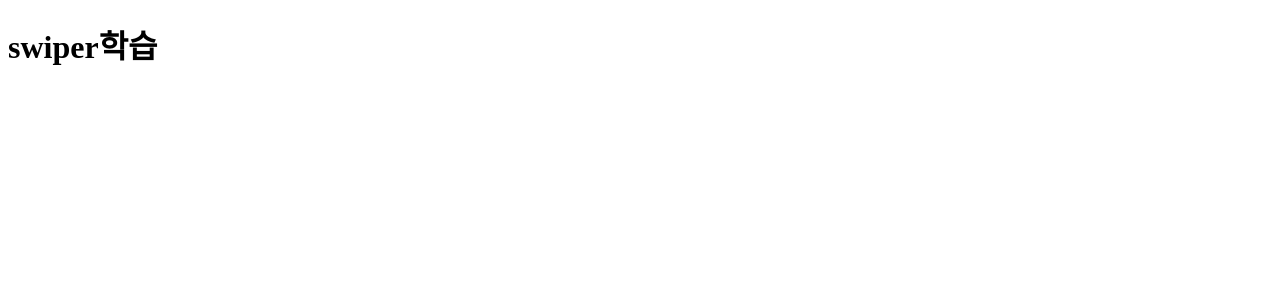
Repository: hans9170/test11
Page: onehouse/src/main/webapp/swiper/swiper.html
These files come from the project's save history. The page is drawn as it stood at one moment and after the next save; the edit follows.
The browser window is 1280 px wide. The pictures show the whole page.

Above is the page before, as saved 2025-02-05 08:18:33.

After the next save:
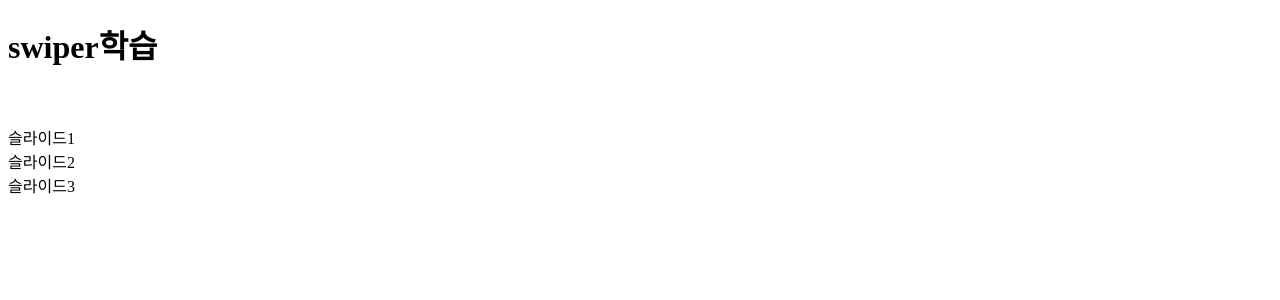
Saved 15 s later.
--- a/onehouse/src/main/webapp/swiper/swiper.html
+++ b/onehouse/src/main/webapp/swiper/swiper.html
@@ -10,9 +10,9 @@
 
 	<div class='swiper'>
 		<div class='swiper-wrapper'>
-			<div></div>
-			<div></div>
-			<div></div>
+			<div>슬라이드1</div>
+			<div>슬라이드2</div>
+			<div>슬라이드3</div>
 		</div>
 	</div>
 </body>
